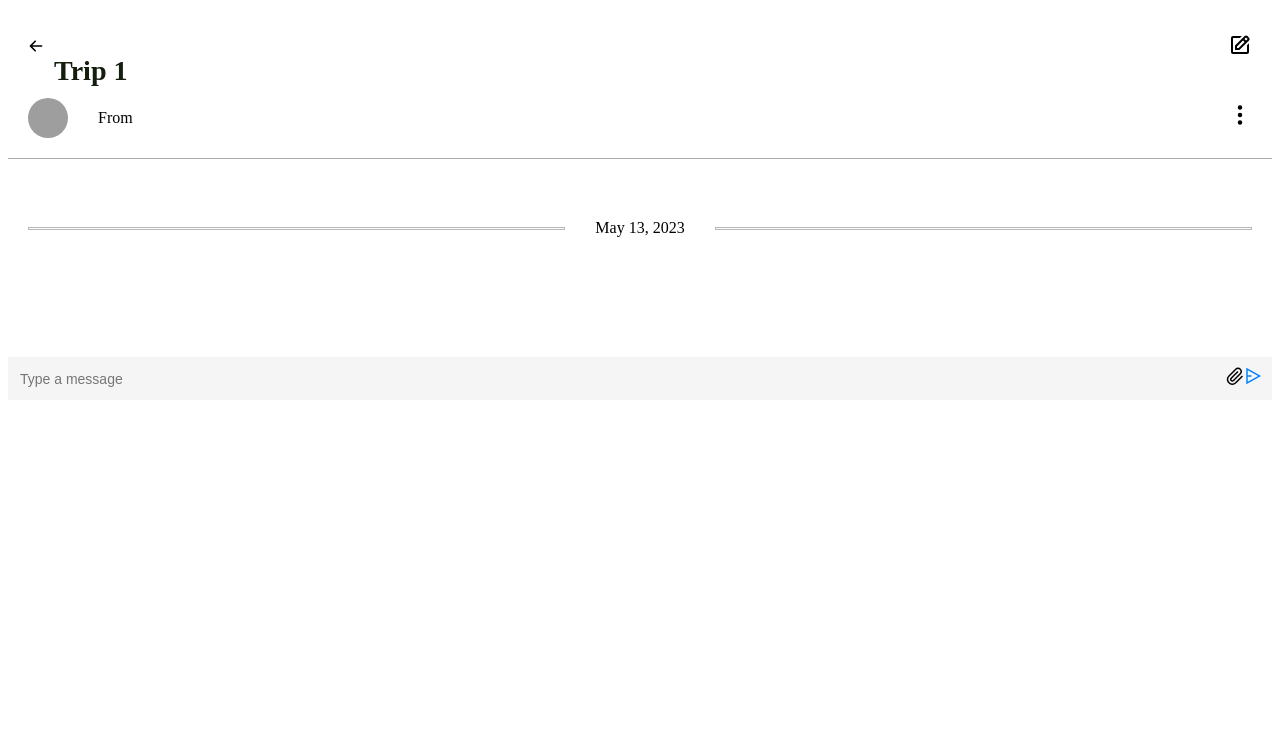
Repository: Abhi2359/PWA_Corider
Page: /
These files come from the project's save history. The page is drawn as it stood at one moment and after the next save; the edit follows.
The browser window is 1280 px wide. The pictures show the whole page.
Pictures or frames that could not be fetched are drawn as grey boxes. The page's requests for data from a server got no answer. The project was rebuilt for these pictures with package versions that can differ from the ones it lists, and the page was loaded fresh each time. No one was signed in, and anything a server would have sent is missing. Also part of the build but not shown: vite.config.js, src/Chat.css, src/Chat.jsx.

Above is the page before, as saved 2023-05-13 14:31:50.

### src/App.jsx
import { useEffect, useState } from "react";
import "./App.css";
import { fetchData } from "./api/fetchData";
import Header from "./Header";
import Chat from "./Chat";
import ChatInput from "./chatInput/ChatInput";

function App() {
  const [data, setData] = useState([]);
  const [isLoading, setIsLoading] = useState(false);
  const [error, setError] = useState(null);
  const [page, setPage] = useState(1);
  const [from, setFrom] = useState("");
  const [to, setTo] = useState("");

  useEffect(() => {
    const fetchDataFromApi = async () => {
      setIsLoading(true);

      try {
        const apiData = await fetchData(page);
        // setFrom(apiData.from);
        // setTo(apiData.to);
        const apiResponse = apiData.chats;
        if (page === 1) {
          setFrom(apiData.from);
          setTo(apiData.to);
        }
        setData(apiResponse);
        s;
      } catch (error) {
        setError(error.message);
      }

      setIsLoading(false);
    };

    fetchDataFromApi();
  }, [page]);

  return (
    <>
      <div className="layout">
        <div className="header_section">
          <Header />
          <div className="chat_container">
            <ul className="chat_list">
              {data &&
                data.map((chat) => (
                  <li key={chat.id}>
                    <Chat message={chat.message} image={chat.sender.image} />
                  </li>
                ))}
            </ul>
            {isLoading && <p>Loading...</p>}
          </div>
        </div>
        <div >
          <footer className="footer">
            <ChatInput />

          </footer>
        </div>
      </div>
    </>
  );
}

export default App;

### src/App.css


.layout{
  height: 100vh;
  display: flex;
  flex-direction: column;
}

/* Header css */
.header_section {
   position: sticky;
  top: 0;

  z-index: 1;

  width: 100%;

}

.chat_container {
  /* margin-top: 5px; /* Adjust margin-top to leave space for the fixed header */
  /* overflow-y: auto; */
  /* height: calc(100vh - 50px); Subtract the height of the fixed header */

  flex: 1;
  overflow-y: scroll;
  padding-top: 60px; /* Height of the fixed header */
  padding-bottom: 60px; /* Height of the fixed footer */
}

.chat_list {
  list-style-type: none;
  padding: 0;
  margin: 0;
}


.trip{
    display: flex;
    align-items: center;
    justify-content: space-between;
    margin: 10px;
    padding: 10px;
    box-shadow: #adacac;
}
.icon {
    margin-right: 10px;
  }

  .trip_no {
    margin-right: auto;
    margin-bottom: 10px;
    width: 275px;
height: 30px;

font-family: 'Mulish';
font-style: normal;
font-weight: 700;
font-size: 24px;
line-height: 30px;

color: #141E0D;
  }

  .edit_icon {
    margin-left: 10px;
   font-size: 24px;
  }


  .trip_details{
    display: flex;
    align-items: center;
    justify-content: space-between;
    margin: 10px;
    padding: 10px;
}

.user_icon {
    width: 40px;
    height: 40px;
    border-radius: 50%;
    overflow: hidden;
    margin-right: 30px;
  }

  .user_icon img {
    width: 100%;
    height: 100%;
    object-fit: cover;
  }


.travel_data{
    margin-right: auto;
}

.dot_icon{
    margin-left: 10px;
    font-size: 24px;
}
.line {
    border-top: 0.5px solid #adacac;
    margin: 10px 0;
    padding-bottom: 50px;
  }

  .date_container {
    display: flex;
    align-items: center;
  }

  .date-line {
    flex-grow: 1;
 height: 1px;
 border: 1px solid #B7B7B7;
 margin: 0 20px;
  }

  .date {
    margin: 0 10px;
  }

  .footer{


      /* background-color: #f5f5f5;
      padding: 20px;
      text-align: center; */
      position: sticky;
      bottom: 0;
      width: 100%;
      background-color: #fff;
      z-index: 1;

  }

  .chat_list {
    list-style-type: none;
    padding: 0;
    margin: 0;
  }

### src/api/fetchData.jsx
import axios from "axios";

const API_URL = "http://3.111.128.67/assignment/chat";

export const fetchData = async (page) => {
    try {
      const response = await axios.get(`http://3.111.128.67/assignment/chat?page=${page}`, {
        params: { page },
      });
      return response.data;
    } catch (error) {
      throw new Error('Error while fetching data');
    }
  };

### src/Header.jsx
import React from "react";
import { HiArrowLeft } from "react-icons/hi";
import { BiEdit } from "react-icons/bi";
import { BsThreeDotsVertical } from "react-icons/bs";
import styles from "./App.css";
const Header = ({from,to}) => {
  return (
    <>
      <div className="header">
        <div className="trip">
          <div className="icon">
            <HiArrowLeft />
          </div>
          <div className="trip_no">
            <h3>Trip 1</h3>
          </div>
          <div className="edit_icon">
            <BiEdit />
          </div>
        </div>
        <div className="trip_details">
          <div className="user_icon">
            <img
              src="https://fastly.picsum.photos/id/1072/160/160.jpg?hmac=IDpbpA5neYzFjtkdFmBDKXwgr-907ewXLa9lLk9JuA8"
              alt=""
            />
          </div>
          <div className="travel_data">From {from}</div>
          <div className="dot_icon">
            <BsThreeDotsVertical />
          </div>
        </div>
        <div className="line"></div>
        <div className="date_container">
          <div className="date-line"></div>
          <div className="date">May 13, 2023</div>
          <div className="date-line"></div>
        </div>
      </div>
    </>
  );
};

export default Header;

### src/chatInput/ChatInput.jsx
import React from 'react'
import {GrAttachment}  from "react-icons/gr"
import {RiSendPlane2Line}  from "react-icons/ri"
import styles from "./ChatInput.css"
const ChatInput = () => {
  return (
  <>
  <footer>

  <div class="chat-input-container">
  <input type="text" class="chat-input" placeholder="Type a message"/>
  <div class="icon-container">
   <div className="attachment"><GrAttachment/></div>
   <div className="send"><RiSendPlane2Line/></div>
  </div>
</div>
  </footer>

  </>
  )
}

export default ChatInput

### src/chatInput/ChatInput.css
.chat-input-container {
    display: flex;
    align-items: center;
    background-color: #f5f5f5;
    padding: 10px;
  }

  .icon-container {
    display: flex;
    align-items: center;
  }

  .chat-input {
    flex-grow: 1;
    border: none;
    outline: none;
    background-color: transparent;
    font-size: 14px;
    margin-right: 10px;
  }

  /* Adjust the icon styles as needed */
  .icon-container i {
    margin-right: 5px;
    color: #888;
    cursor: pointer;
  }

  /* Styling specifically for the attachment and send icons */
  .attachment {
    font-size: 18px;
  }

  .send {
    color: #0084ff;
    font-size: 18px;
  }

Loaded but not shown: index.html (common file); src/main.jsx (common file)

After the next save:
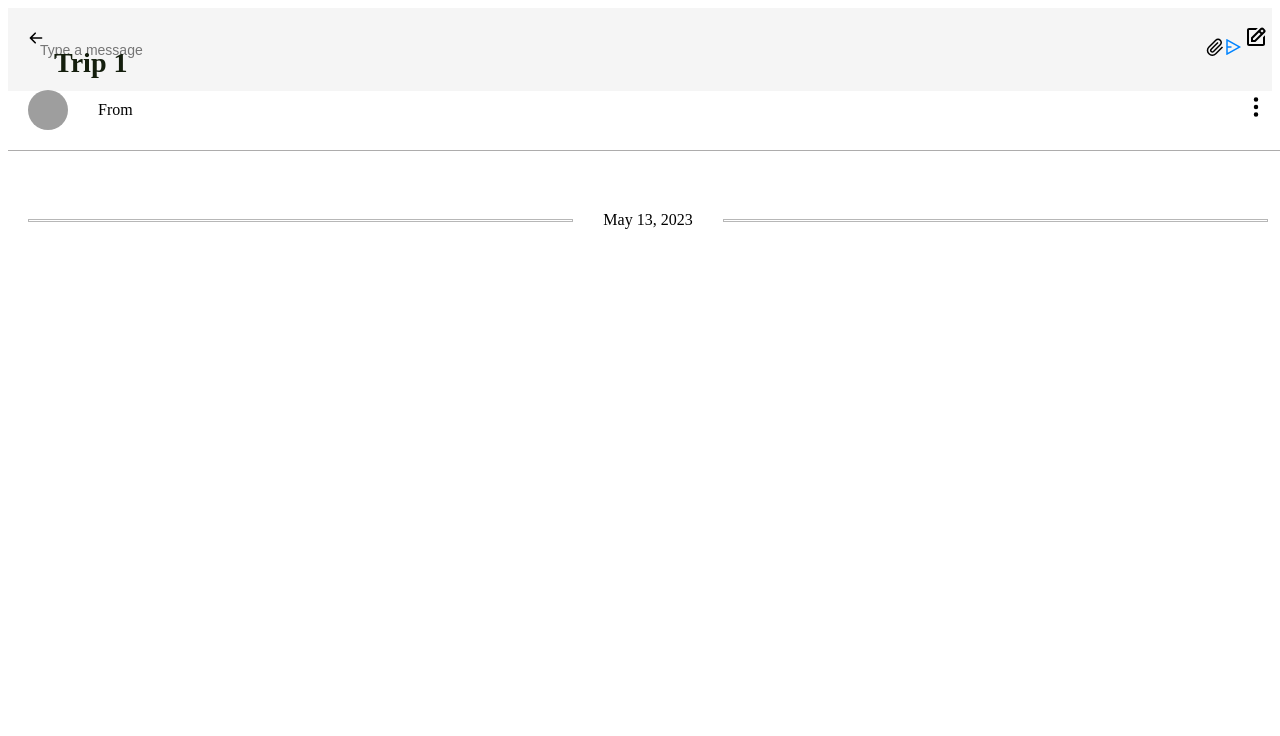
Saved 34 s later.
--- a/src/App.css
+++ b/src/App.css
@@ -8,7 +8,7 @@
 
 /* Header css */
 .header_section {
-   position: sticky;
+   position: fixed;
   top: 0;
 
   z-index: 1;
@@ -18,14 +18,9 @@
 }
 
 .chat_container {
-  /* margin-top: 5px; /* Adjust margin-top to leave space for the fixed header */
-  /* overflow-y: auto; */
-  /* height: calc(100vh - 50px); Subtract the height of the fixed header */
-
-  flex: 1;
-  overflow-y: scroll;
-  padding-top: 60px; /* Height of the fixed header */
-  padding-bottom: 60px; /* Height of the fixed footer */
+  margin-top: 5px; /* Adjust margin-top to leave space for the fixed header */
+  overflow-y: auto;
+  height: calc(100vh - 50px); Subtract the height of the fixed header
 }
 
 .chat_list {
@@ -124,19 +119,8 @@ color: #141E0D;
   .footer{
 
 
-      /* background-color: #f5f5f5;
+      background-color: #f5f5f5;
       padding: 20px;
-      text-align: center; */
-      position: sticky;
-      bottom: 0;
-      width: 100%;
-      background-color: #fff;
-      z-index: 1;
+      text-align: center;
 
   }
-
-  .chat_list {
-    list-style-type: none;
-    padding: 0;
-    margin: 0;
-  }
